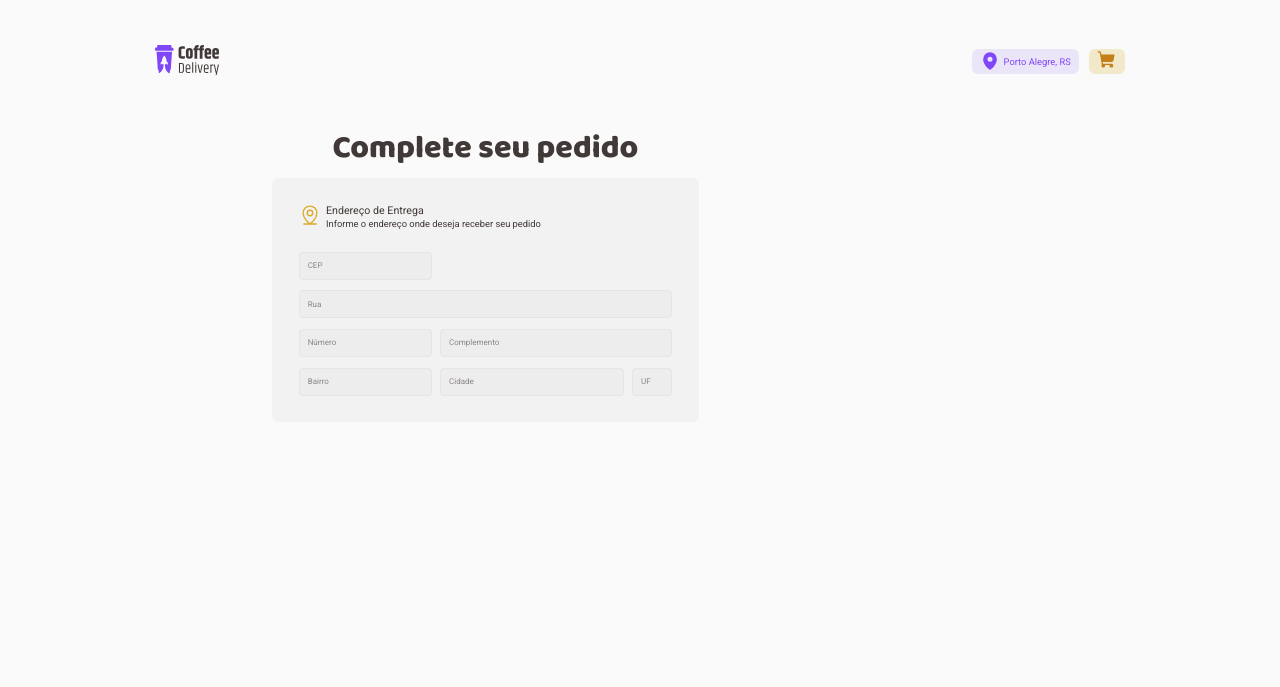
Repository: guilhermecardoso93/react-coffee-delivery
Page: /completeorder
An editor plug-in stored every save of this project. The page is shown before and after the next save, followed by the edit.
The browser window is 1280 px wide. The pictures show the whole page.
The project was rebuilt for these pictures with package versions that can differ from the ones it lists, and the page was loaded fresh each time. Also part of the build but not shown: vite.config.ts, src/pages/Home/Intro/styles.ts, src/pages/Home/Intro/index.tsx, src/data/coffees.ts, src/pages/Home/MenuCard/styles.ts, src/components/QuantityInput/styles.ts, src/components/QuantityInput/index.tsx, src/utils/formatMoney.ts and 5 more.

Above is the page before, as saved 2022-07-20 20:02:24.

After the next save:
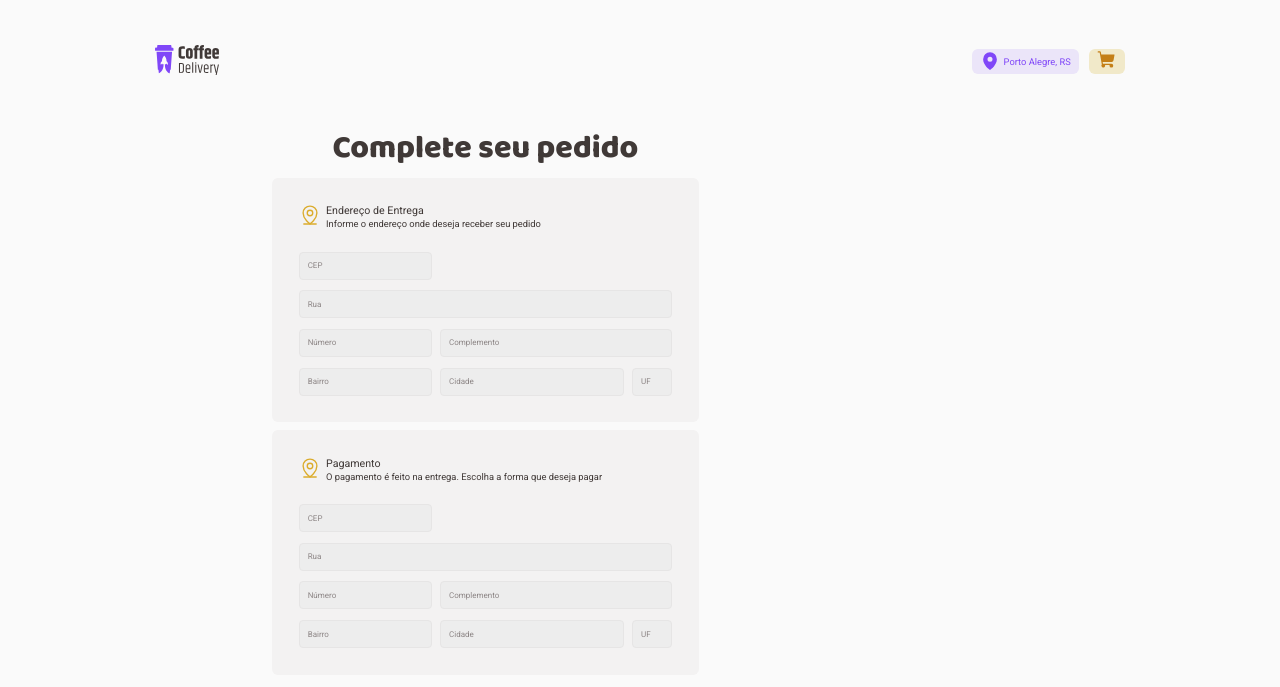
Saved 83 s later.
--- a/src/pages/CompleteOrder/components/CompleteOrderForm/index.tsx
+++ b/src/pages/CompleteOrder/components/CompleteOrderForm/index.tsx
@@ -21,6 +21,15 @@ export function CompleteOrderForm() {
         />
         <AddressForm />
       </FormSectionContainer>
+
+      <FormSectionContainer>
+        <SectionTitleForm
+          title="Pagamento"
+          subtitle="O pagamento é feito na entrega. Escolha a forma que deseja pagar"
+          icon={<MapPinLine size={22} color={colors["brand-yellow"]} />}
+        />
+        <AddressForm />
+      </FormSectionContainer>
     </CompleteOrderFormContainer>
   );
 }
